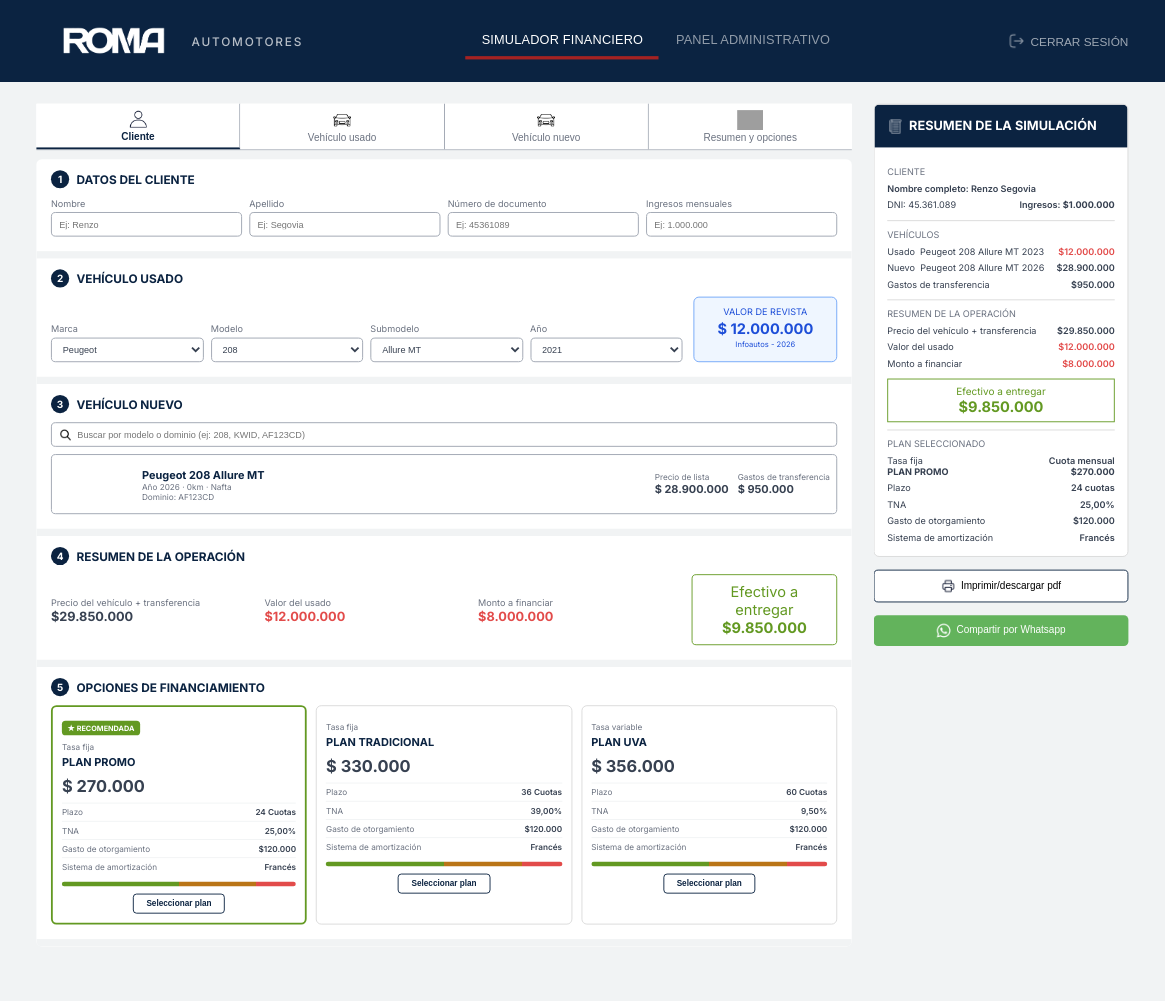
Repository: PPIII-9-012/Roma-System
Page: public/index.html
These files come from the project's save history. The page is drawn as it stood at one moment and after the next save; the edit follows.
The browser window is 1280 px wide. The pictures show the whole page, at 91% of full size.
Pictures or frames that could not be fetched are drawn as grey boxes.

Above is the page before, as saved 2026-08-22 17:10:51.

After the next save:
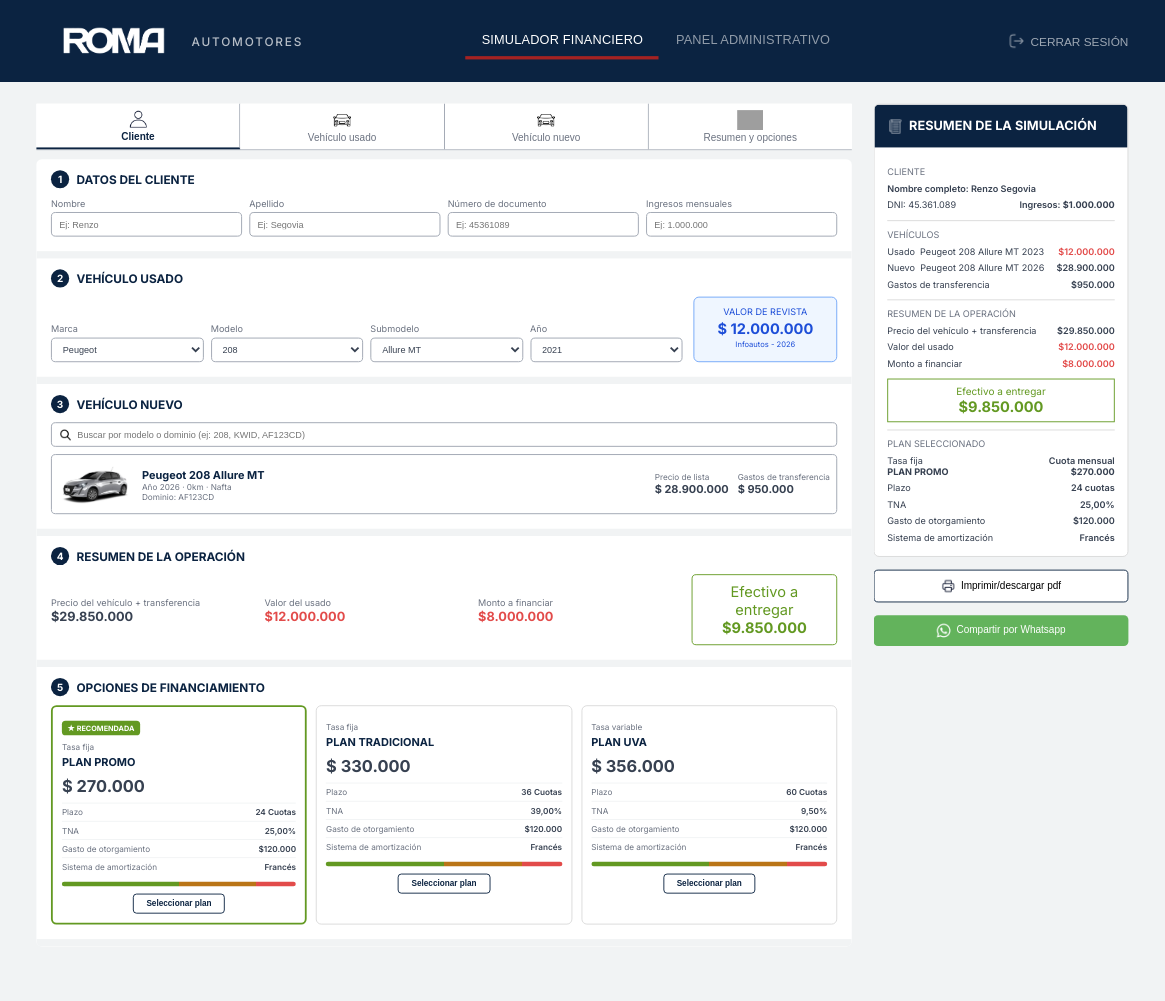
Saved 3 min 47 s later.
--- a/public/index.html
+++ b/public/index.html
@@ -410,7 +410,7 @@
                 <div class="form-section-head"><span class="form-section-num">3</span><span class="form-section-title">VEHÍCULO NUEVO</span></div>
                 <div class="search-wrap"><input class="search-input" placeholder="Buscar por modelo o dominio (ej: 208, KWID, AF123CD)"></div>
                 <div class="new-car-card">
-                    <img class="car-photo" src="logotiporoma.png" alt="Vehículo">
+                    <img class="car-photo" src="images.jpg" alt="Peugeot 208 Allure MT">
                     <div><div class="car-name">Peugeot 208 Allure MT</div><div class="car-meta">Año 2026 · 0km · Nafta<br>Dominio: AF123CD</div></div>
                     <div><div class="price-label">Precio de lista</div><div class="price-value">$ 28.900.000</div></div>
                     <div><div class="price-label">Gastos de transferencia</div><div class="price-value">$ 950.000</div></div>
